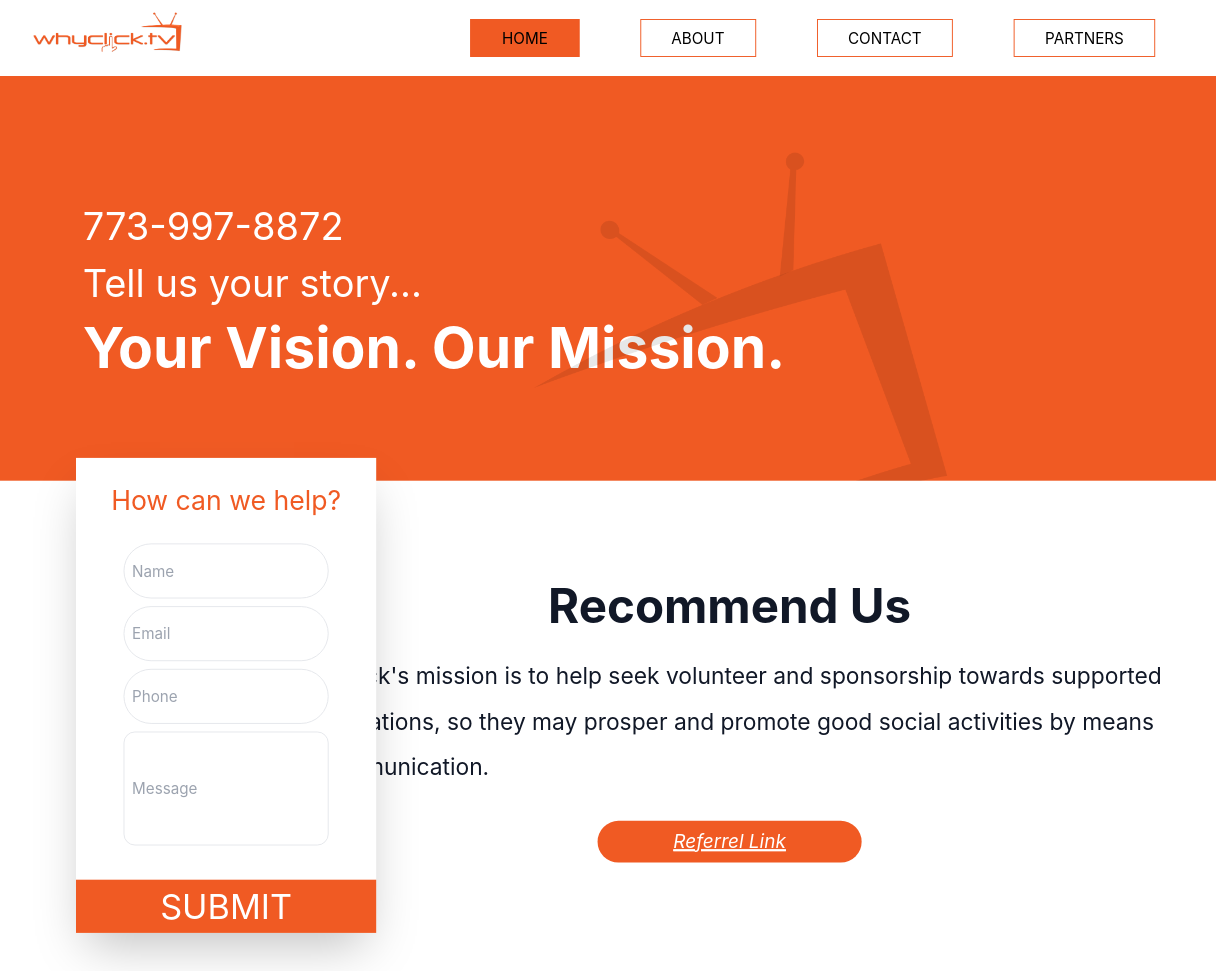
Repository: legenddev1202/whyclicktv
Page: /
An editor plug-in stored every save of this project. The page is shown before and after the next save, followed by the edit.
The browser window is 1280 px wide. The pictures show the whole page, at 95% of full size.
The project was rebuilt for these pictures with package versions that can differ from the ones it lists, and the page was loaded fresh each time. Also part of the build but not shown: src/App.css, src/pages/about.js, src/pages/contact.js, src/pages/partners.js, src/pages/referral.js.

Above is the page before, as saved 2022-03-31 13:34:57.

After the next save:
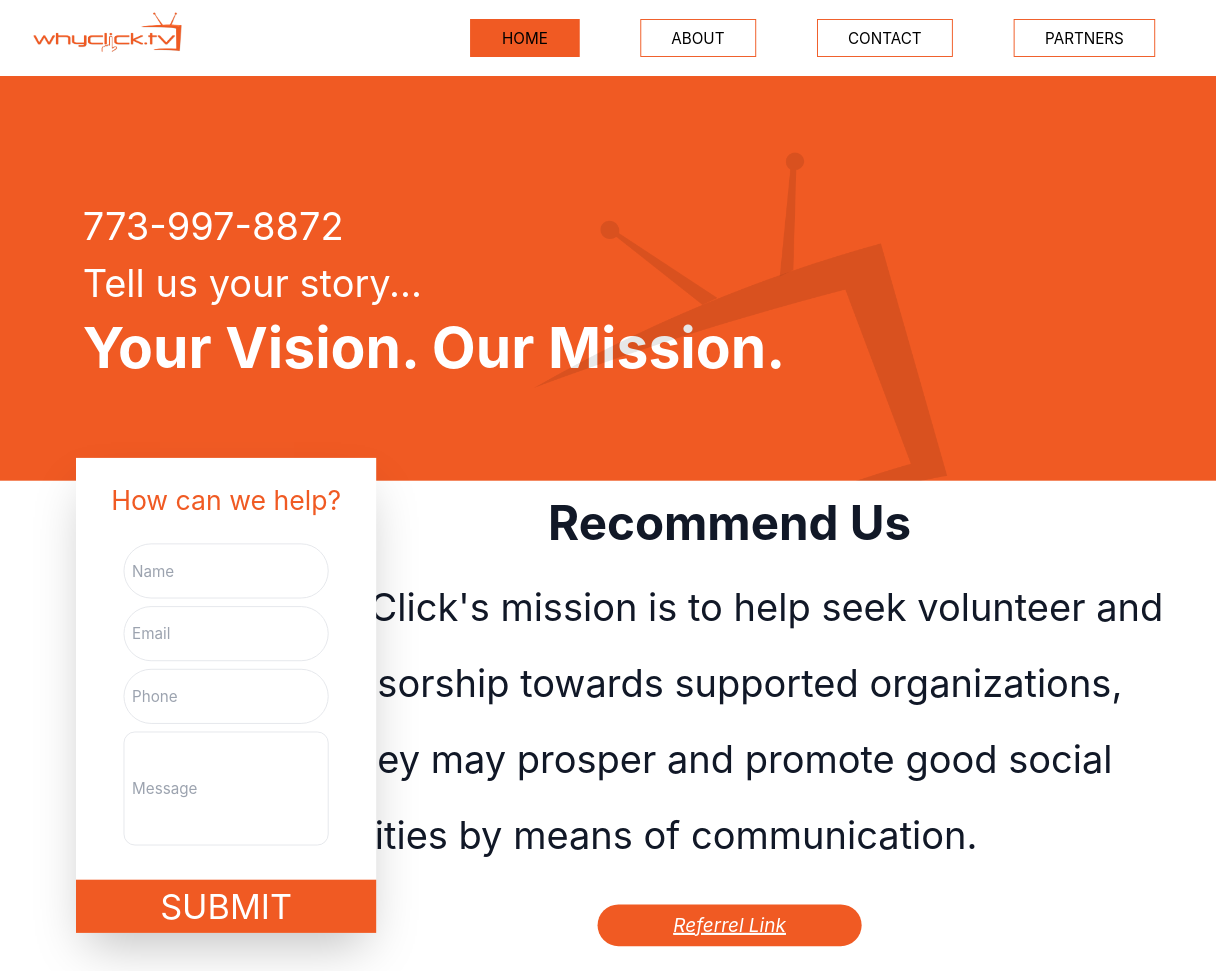
Saved 16 s later.
--- a/src/pages/home.js
+++ b/src/pages/home.js
@@ -78,7 +78,7 @@ function Home() {
         </div>
         <div
           className="text-2xl pt-8 leading-loose text-gray-900"
-          style={{ maxWidth: 928 }}
+          style={{ maxWidth: 928, fontSize: 40 }}
         >
           WhyClick's mission is to help seek volunteer and sponsorship towards
           supported organizations, so they may prosper and promote good social
